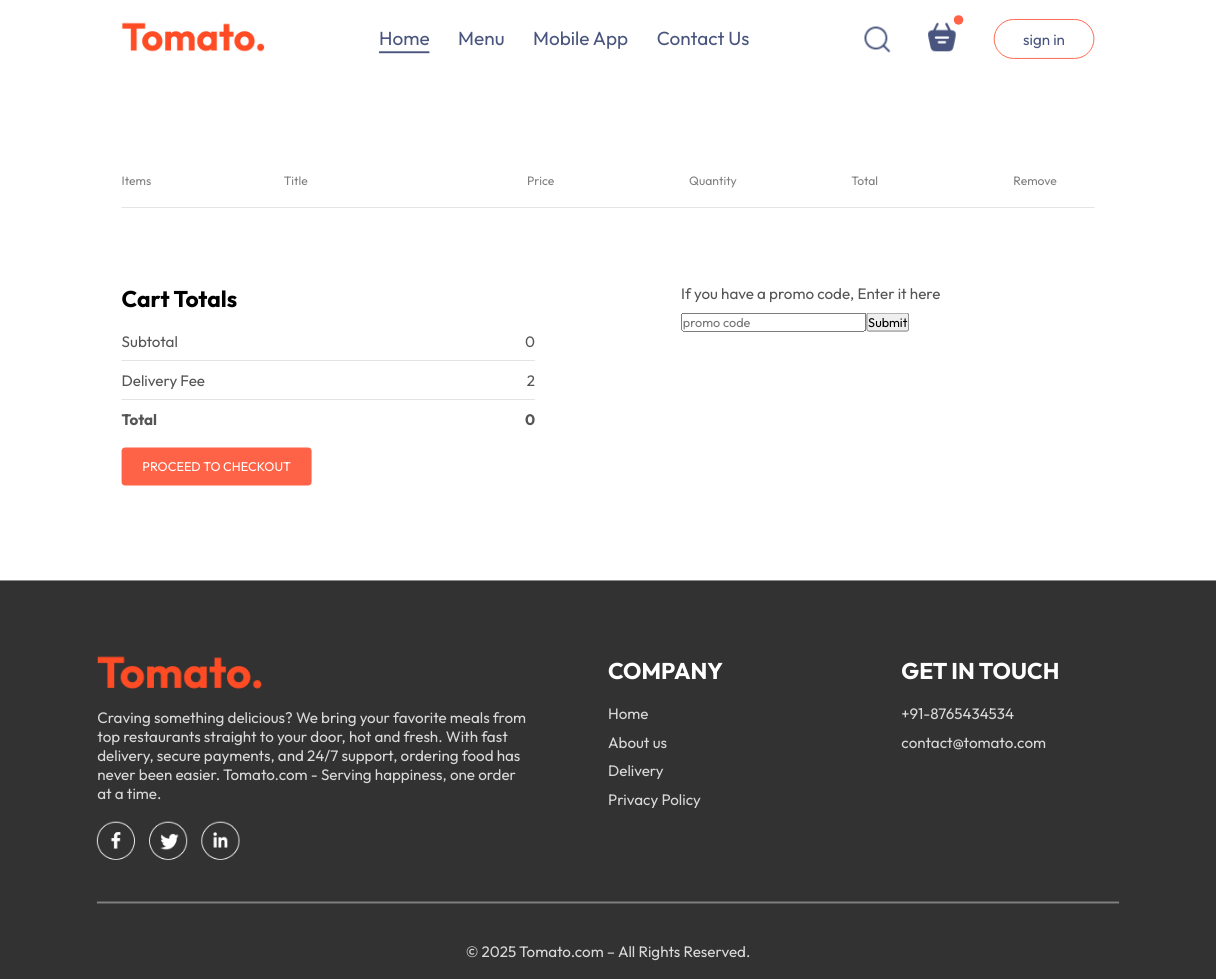
Repository: esakkiraj8104/FOOD_ORDER1
Page: /cart
The author's editor kept a copy of each file at every save. The page is drawn from the files as they stood at one save, then again after a run of saves.
The browser window is 1280 px wide. The pictures show the whole page, at 95% of full size.
The project was rebuilt for these pictures with package versions that can differ from the ones it lists, and the page was loaded fresh each time. Also part of the build but not shown: vite.config.js, src/components/Navbar/Header/Haeder.css, src/components/Navbar/Header/Header.jsx, src/components/Navbar/ExploreMenu/ExploreMenu.css, src/components/Navbar/ExploreMenu/ExploreMenu.jsx, src/components/Navbar/FoodDisplay/FoodDisplay.css, src/components/Navbar/FoodItem/FoodItem.css, src/components/Navbar/FoodItem/FoodItem.jsx and 6 more. Imported but missing from the stored project, and not drawn on this page: src/pages/PlaceOrder/PlaceOrder.

Above is the page before, as saved 2025-05-20 19:00:41.

After the next 5 saves:
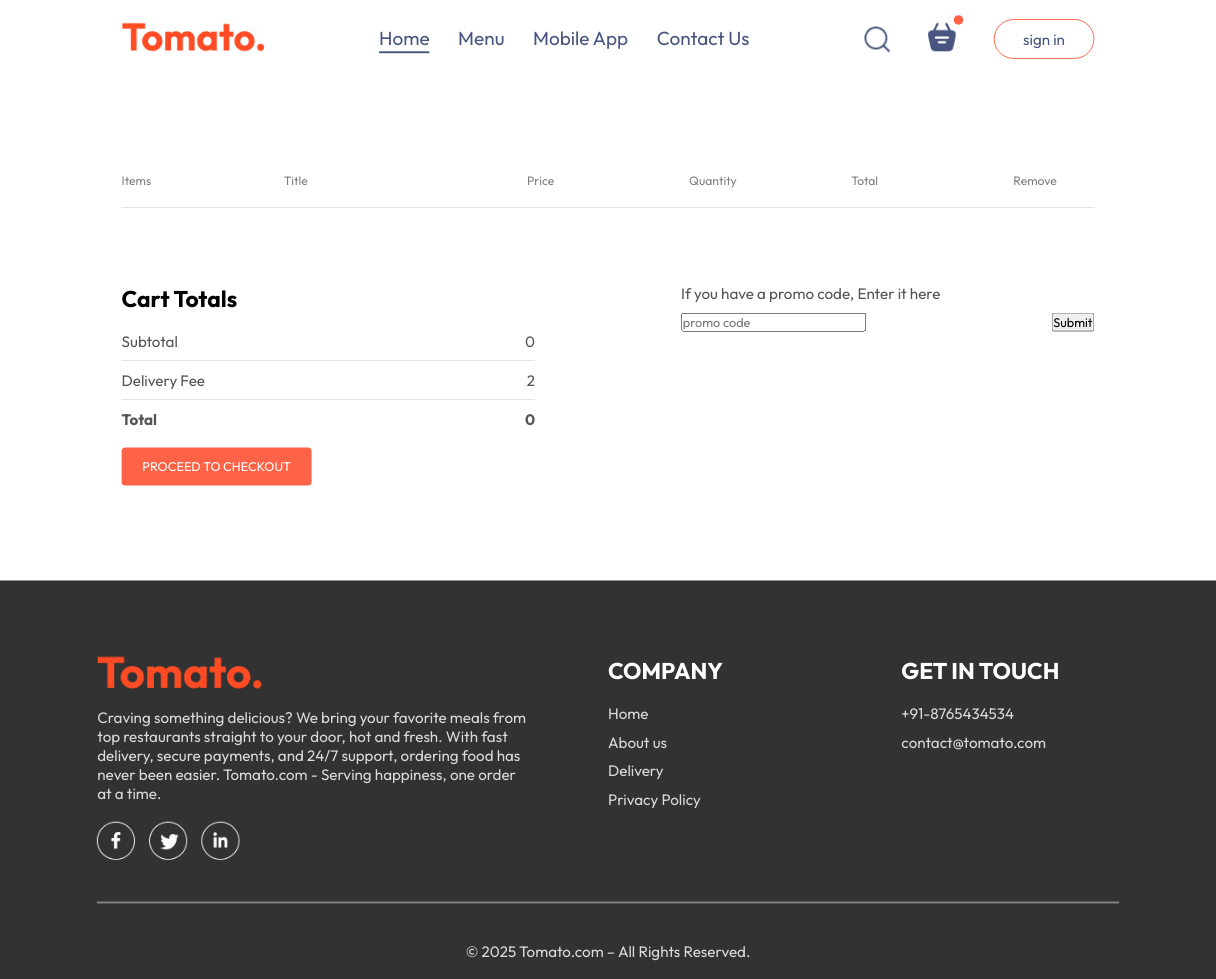
The 5 saves are shown as one change because they came seconds apart.
The last was saved 12 s later.
--- a/src/pages/Cart/Cart.css
+++ b/src/pages/Cart/Cart.css
@@ -62,5 +62,6 @@
 .cart-promocode-input{
     margin-top: 10px;
     display: flex;
-    jus
+    justify-content: space-between;
+    align-items: ;
 }
